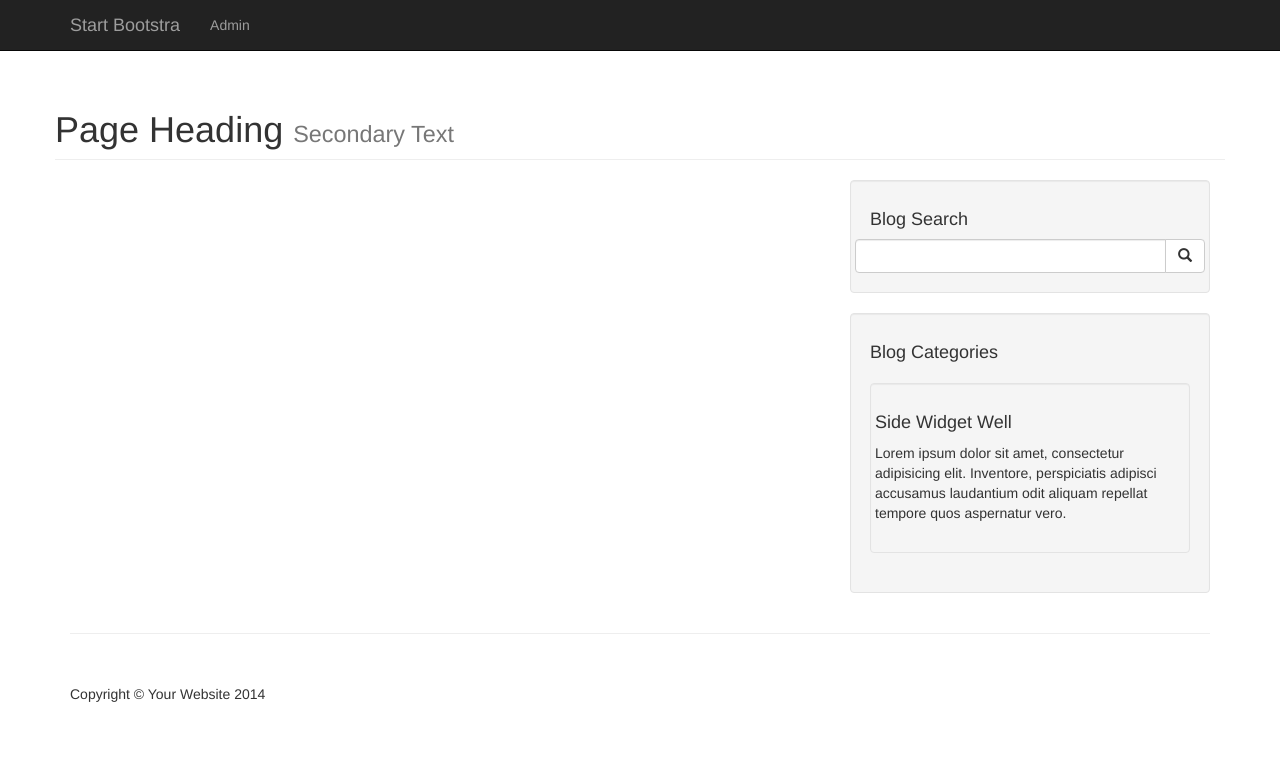
Repository: Mr-Robbit/CMS
Page: http://localhost/category.php
An editor plug-in stored every save of this project. The page is shown before and after the next save, followed by the edit.
The browser window is 1280 px wide. The pictures show the whole page.
The page is run by PHP 8.4 with error messages shown; the project is at /var/www/html/. Queries for data that is not in the repository find no rows.

Above is the page before, as saved 2021-02-09 19:10:38.

### category.php
<?php include "includes/db.php" ?>
<?php include "includes/header.php" ?>





<?php include "includes/navbar.php" ?>
    <!-- Page Content -->
    <div class="container">

        <div class="row">
            <h1 class="page-header">
                Page Heading
                <small>Secondary Text</small>
            </h1>

            <!-- Blog Entries Column -->
            <div class="col-sm-6 col-md-8">
                <?php

                    if(isset($_GET['category'])){

                    }

                    $query = "SELECT * FROM posts ";
                    $select_all_posts = mysqli_query($connection, $query);

                    while($row = mysqli_fetch_assoc($select_all_posts)){
                        $post_id = $row["post_id"];
                        $post_title = $row['post_title'];
                        $post_author = $row['post_author'];
                        $post_date = $row['post_date'];
                        $post_image = $row['post_image'];
                        $post_content = $row['post_content'];

                        ?>

                        <!-- First Blog Post -->
                        <h2>
                            <a href="post.php?p_id=<?php echo $post_id ?>"><?php echo $post_title ?></a>
                        </h2>
                        <p class="lead">
                            by <a href="index.php"><?php echo $post_author ?></a>
                        </p>
                        <p><span class="glyphicon glyphicon-time"></span> <?php echo $post_date ?></p>
                        <hr>
                        <img height="200" width="auto" src="<?php echo $post_image ?>" alt="">
                        <hr>
                        <p><?php echo $post_content ?></p>
                        <a class="btn btn-primary" href="#">Read More <span class="glyphicon glyphicon-chevron-right"></span></a>

                        <hr>
                    <?php } ?>
                </div>




            <!-- Blog Sidebar Widgets Column -->
            <?php include "includes/sidebar.php" ?>
        </div>
        <!-- /.row -->

        <hr>

        <!-- Footer -->
        <?php include "includes/footer.php"; ?>

### includes/db.php
<?php

$db['db_host'] = 'localhost';
$db['db_user'] = 'root';
$db['db_pass'] = '';
$db['db_name'] = 'cms';

foreach($db as $key => $value){
    define(strtoupper($key), $value);
}

$connection = mysqli_connect( DB_HOST, DB_USER, DB_PASS, DB_NAME);
if(!$connection){
    die('connection to db failed');
}

?>

### includes/header.php
<?php session_start() ?>
<!DOCTYPE html>
<html lang="en">

<head>

    <meta charset="utf-8">
    <meta http-equiv="X-UA-Compatible" content="IE=edge">
    <meta name="viewport" content="width=device-width, initial-scale=1">
    <meta name="description" content="">
    <meta name="author" content="">

    <title>Blog Home - Start Bootstrap Template</title>

    <!-- Bootstrap Core CSS -->
    <link href="css/bootstrap.min.css" rel="stylesheet">

    <!-- Custom CSS -->
    <link href="css/blog-home.css" rel="stylesheet">

    <!-- HTML5 Shim and Respond.js IE8 support of HTML5 elements and media queries -->
    <!-- WARNING: Respond.js doesn't work if you view the page via file:// -->
    <!--[if lt IE 9]>
        <script src="https://oss.maxcdn.com/libs/html5shiv/3.7.0/html5shiv.js"></script>
        <script src="https://oss.maxcdn.com/libs/respond.js/1.4.2/respond.min.js"></script>
    <![endif]-->

</head>

<body>

### includes/navbar.php

<!-- Navigation -->
<nav class="navbar navbar-inverse navbar-fixed-top" role="navigation">
        <div class="container">
            <!-- Brand and toggle get grouped for better mobile display -->
            <div class="navbar-header">
                <button type="button" class="navbar-toggle" data-toggle="collapse" data-target="#bs-example-navbar-collapse-1">
                    <span class="sr-only">Toggle navigation</span>
                    <span class="icon-bar"></span>
                    <span class="icon-bar"></span>
                    <span class="icon-bar"></span>
                </button>
                <a class="navbar-brand" href="index.php">Start Bootstra</a>
            </div>
            <!-- Collect the nav links, forms, and other content for toggling -->
            <div class="collapse navbar-collapse" id="bs-example-navbar-collapse-1">
                <ul class="nav navbar-nav">
                    <?php
                    $query = "SELECT * FROM categories";
                    $select_all_cat = mysqli_query($connection, $query);

                    while($row = mysqli_fetch_assoc($select_all_cat)){
                        $cat_title = $row['cat_title'];
                        echo "<li><a href='#'>{$cat_title}</a></li>";
                    }
                    ?>
                        <li><a href="admin">Admin</a></li>


                    <!-- <li>
                        <a href="#">About</a>
                    </li>
                    <li>
                        <a href="#">Services</a>
                    </li>
                    <li>
                        <a href="#">Contact</a>
                    </li> -->
                </ul>
            </div>
            <!-- /.navbar-collapse -->
        </div>
        <!-- /.container -->
    </nav>

### includes/sidebar.php

<div class="col-md-4">


    <!-- Blog Search Well -->
    <div class="well">
        <h4>Blog Search</h4>
        <div class="row">
            <form action="search.php" method="post">
            <div class="input-group">
                <input type="text" name="search" class="form-control">
                <span class="input-group-btn">
                    <button name="submit" class="btn btn-default" type="submit">
                        <span class="glyphicon glyphicon-search"></span>
                </button>
                </span>
            </div>
            </form>
        </div>
        <!-- /.input-group -->
    </div>





    <!-- Blog Categories Well -->
    <div class="well">



        <h4>Blog Categories</h4>
        <div class="row">
            <div class="col-lg-12">
                <ul class="list-unstyled">
                <?php
                    $query = "SELECT * FROM categories LIMIT 5";
                    $select_cat_sidebar = mysqli_query($connection, $query);

                    while($row = mysqli_fetch_assoc($select_cat_sidebar)){
                        $cat_title = $row['cat_title'];
                        $cat_id = $row['cat_id'];
                        echo "<li><a href='category.php?category={$cat_id}'>{$cat_title}</a></li>";
                    }
                ?>
                </ul>
            </div>
        </div>
        <!-- /.row -->
        <?php include "widget.php" ?>
    </div>
</div>
<!-- Side Widget Well -->

### includes/widget.php
<div class="well">
    <div class="row">
        <h4>Side Widget Well</h4>
        <p>Lorem ipsum dolor sit amet, consectetur adipisicing elit. Inventore, perspiciatis adipisci accusamus laudantium odit aliquam repellat tempore quos aspernatur vero.</p>
    </div>
</div>

### includes/footer.php
<footer>
            <div class="row">
                <div class="col-lg-12">
                    <p>Copyright &copy; Your Website 2014</p>
                </div>
                <!-- /.col-lg-12 -->
            </div>
            <!-- /.row -->
        </footer>

    </div>
    <!-- /.container -->

    <!-- jQuery -->
    <script src="js/jquery.js"></script>

    <!-- Bootstrap Core JavaScript -->
    <script src="js/bootstrap.min.js"></script>

</body>

</html>

Loaded but not shown: css/bootstrap.min.css (library); css/blog-home.css (common file); js/jquery.js (library); js/bootstrap.min.js (library)

After the next save:
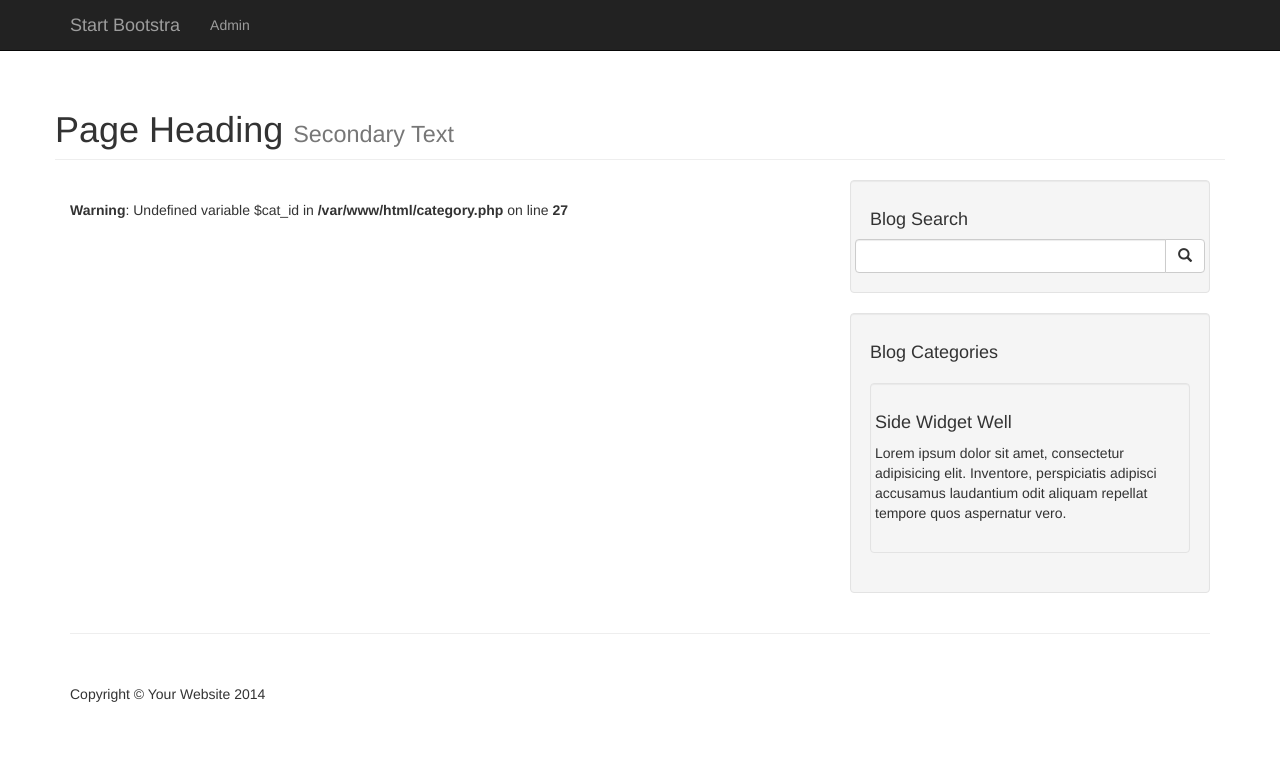
Saved 89 s later.
--- a/category.php
+++ b/category.php
@@ -20,10 +20,11 @@
                 <?php
 
                     if(isset($_GET['category'])){
+                        $cat_id = $_GET['category'];
 
                     }
 
-                    $query = "SELECT * FROM posts ";
+                    $query = "SELECT * FROM posts WHERE post_category_id = $cat_id ";
                     $select_all_posts = mysqli_query($connection, $query);
 
                     while($row = mysqli_fetch_assoc($select_all_posts)){
